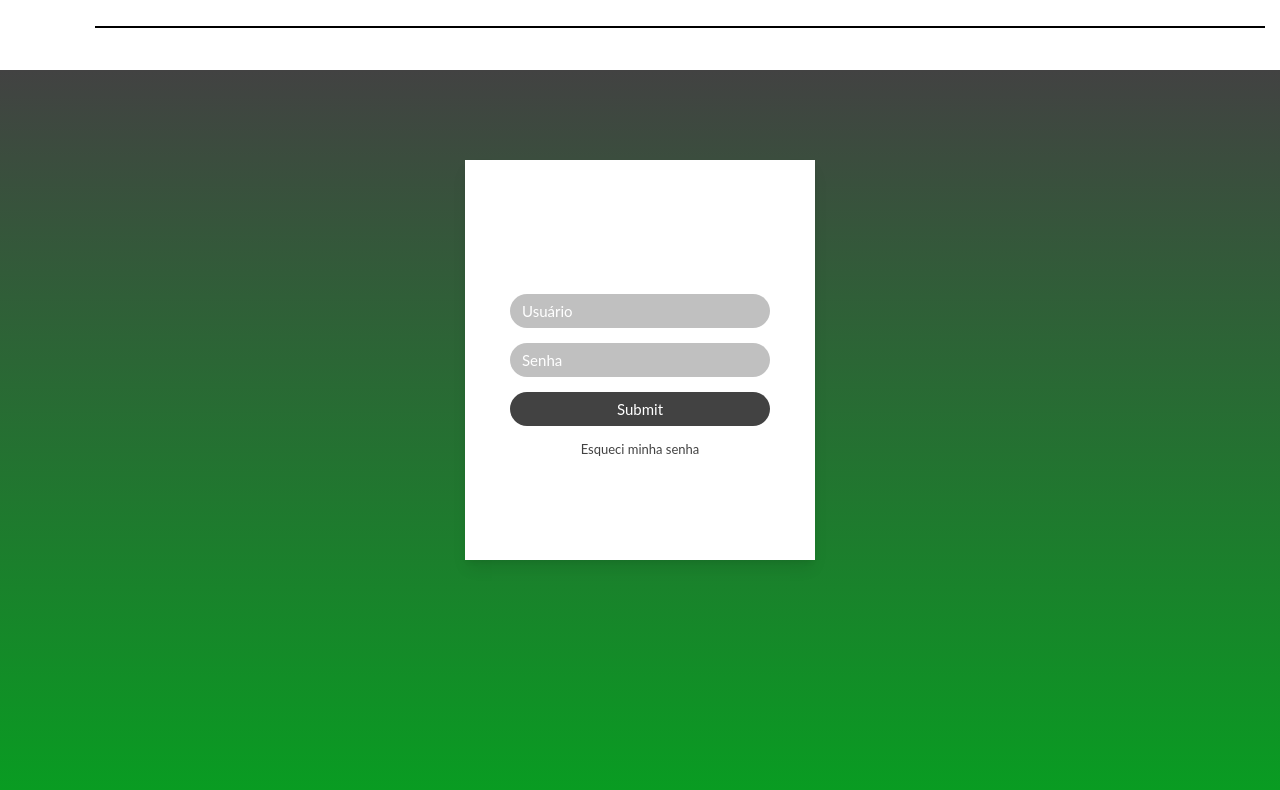
Repository: JoaoNahid/adminSystem
Page: /login (app in client/)
The author's editor kept a copy of each file at every save. The page is drawn from the files as they stood at one save, then again after the next save.
The browser window is 1280 px wide. The pictures show the whole page.
The project was rebuilt for these pictures with package versions that can differ from the ones it lists, and the page was loaded fresh each time. Also part of the build but not shown: client/src/App.css, client/src/css/sidebar.css, client/src/routes/cadastro.js, client/src/components/sidebar.js, client/src/components/verificaLogin.js, client/src/routes/home.js, client/src/routes/404.js, client/src/routes/lote.js and 2 more.

Above is the page before, as saved 2022-05-07 17:51:18.

After the next save:
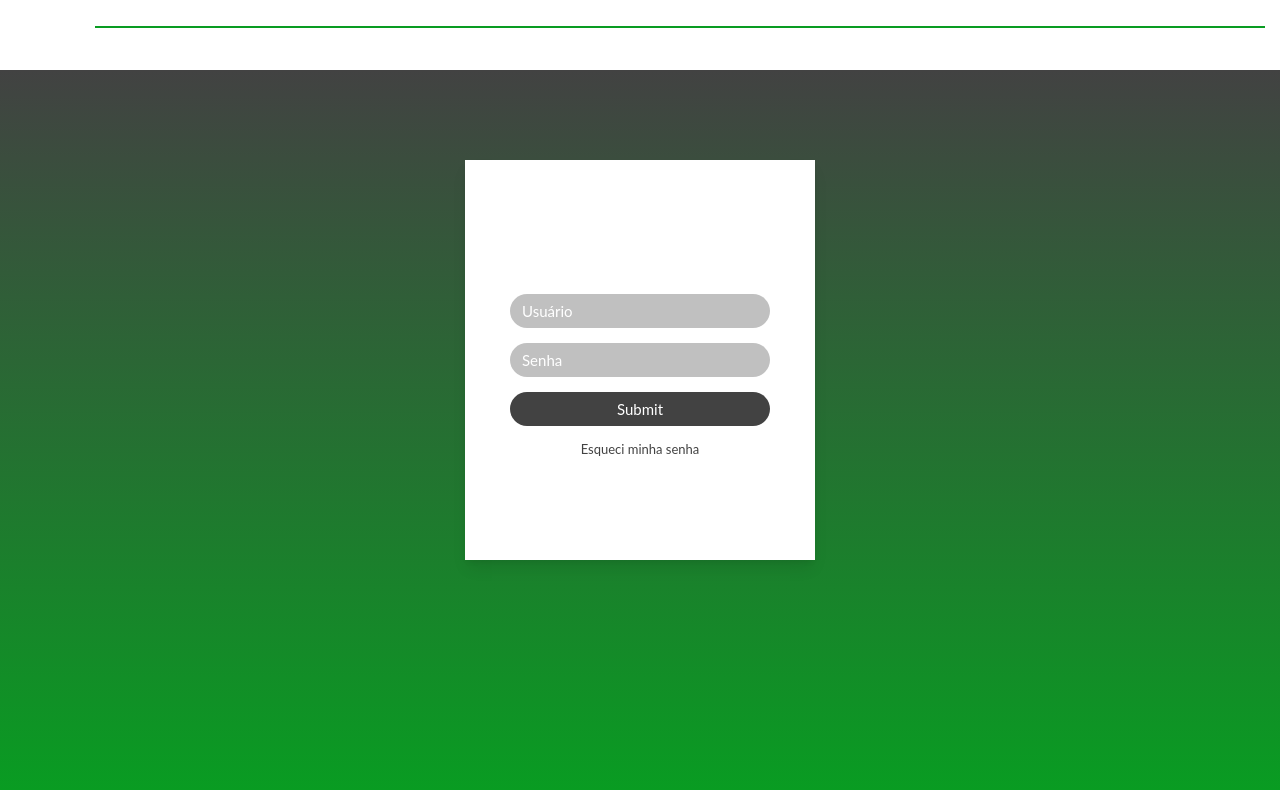
Saved 52 s later.
--- a/client/src/css/style.css
+++ b/client/src/css/style.css
@@ -328,7 +328,7 @@ input:focus{
 }
 #headerArea .tituloPagina::after{
   content: '';
-  background-color: #000;
+  background-color: var(--cor1);
   height: 2px;
   width: 100%;
   position: absolute;
